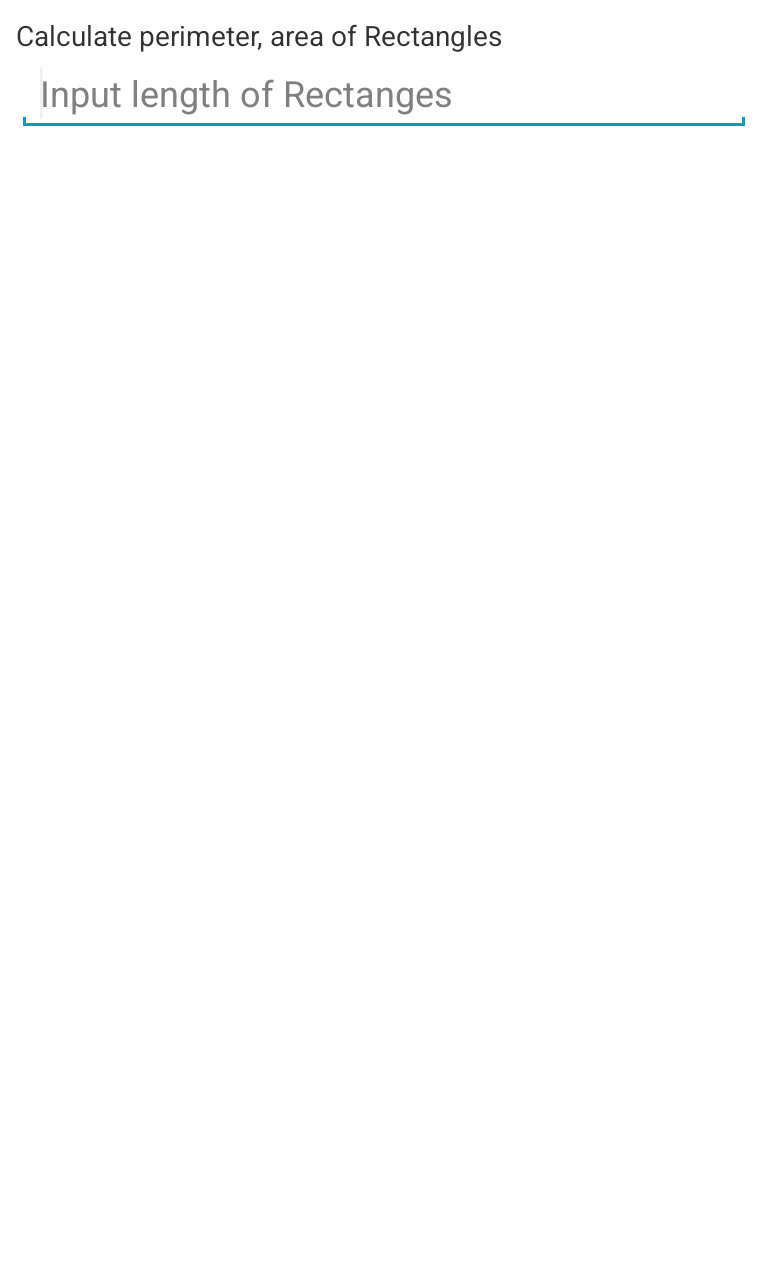
Repository: LightWay152/Lesson1_Variable_Type_Operations
Layout: Perimeter_Area_Rectangles_Circles/res/layout/activity_main.xml
The author's editor kept a copy of each file at every save. The layout is drawn from the files as they stood at one save, then again after a run of saves.
It is drawn on a 768 x 1280 px phone screen (xhdpi) without system bars, with theme AppTheme; the app's code is not run.

Above is the layout before, as saved 2017-01-01 08:43:13.

After the next 2 saves:
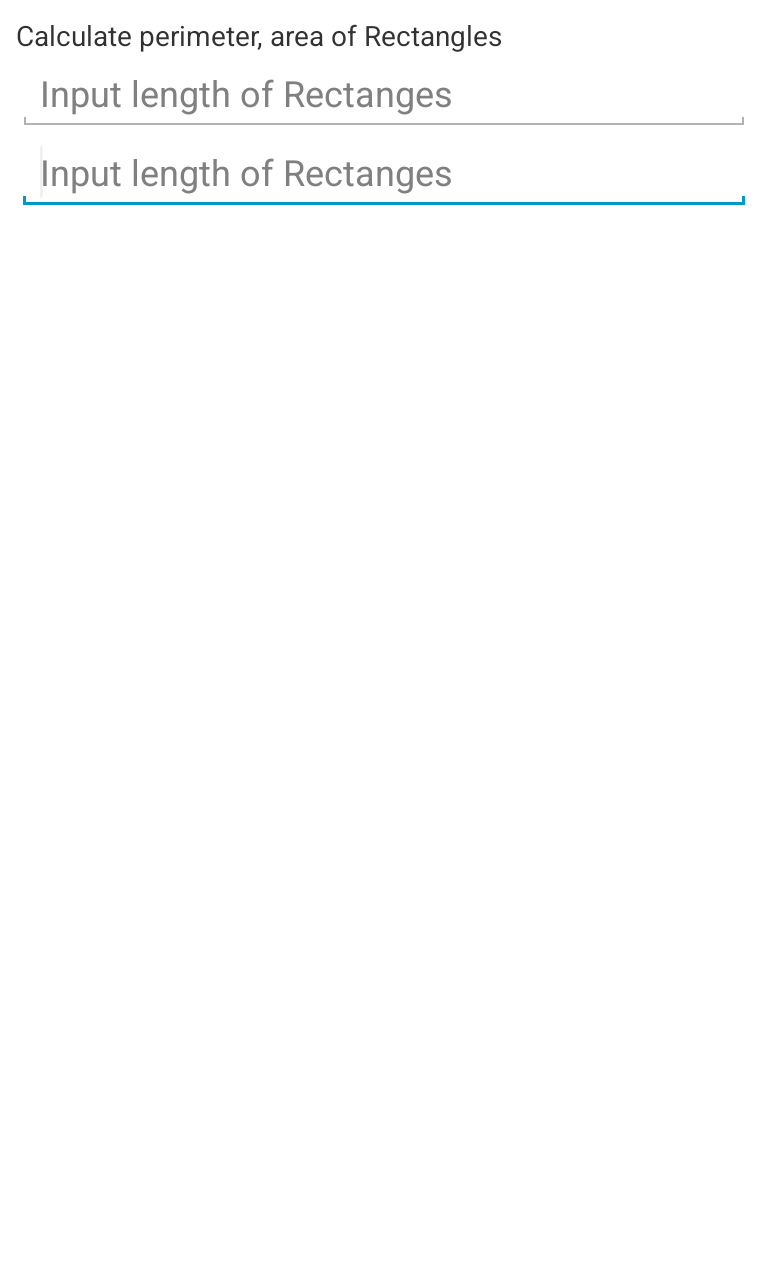
The 2 saves are shown as one change because they came seconds apart.
The last was saved 11 s later.
--- a/Perimeter_Area_Rectangles_Circles/res/layout/activity_main.xml
+++ b/Perimeter_Area_Rectangles_Circles/res/layout/activity_main.xml
@@ -18,5 +18,13 @@
         android:ems="10" >
         <requestFocus />
     </EditText>
+		<EditText
+        android:id="@+id/EditText2"
+        android:layout_width="match_parent"
+        android:layout_height="wrap_content"
+        android:hint="@string/input_length"
+        android:ems="10" >
+        <requestFocus />
+    </EditText>
 
 </LinearLayout>
